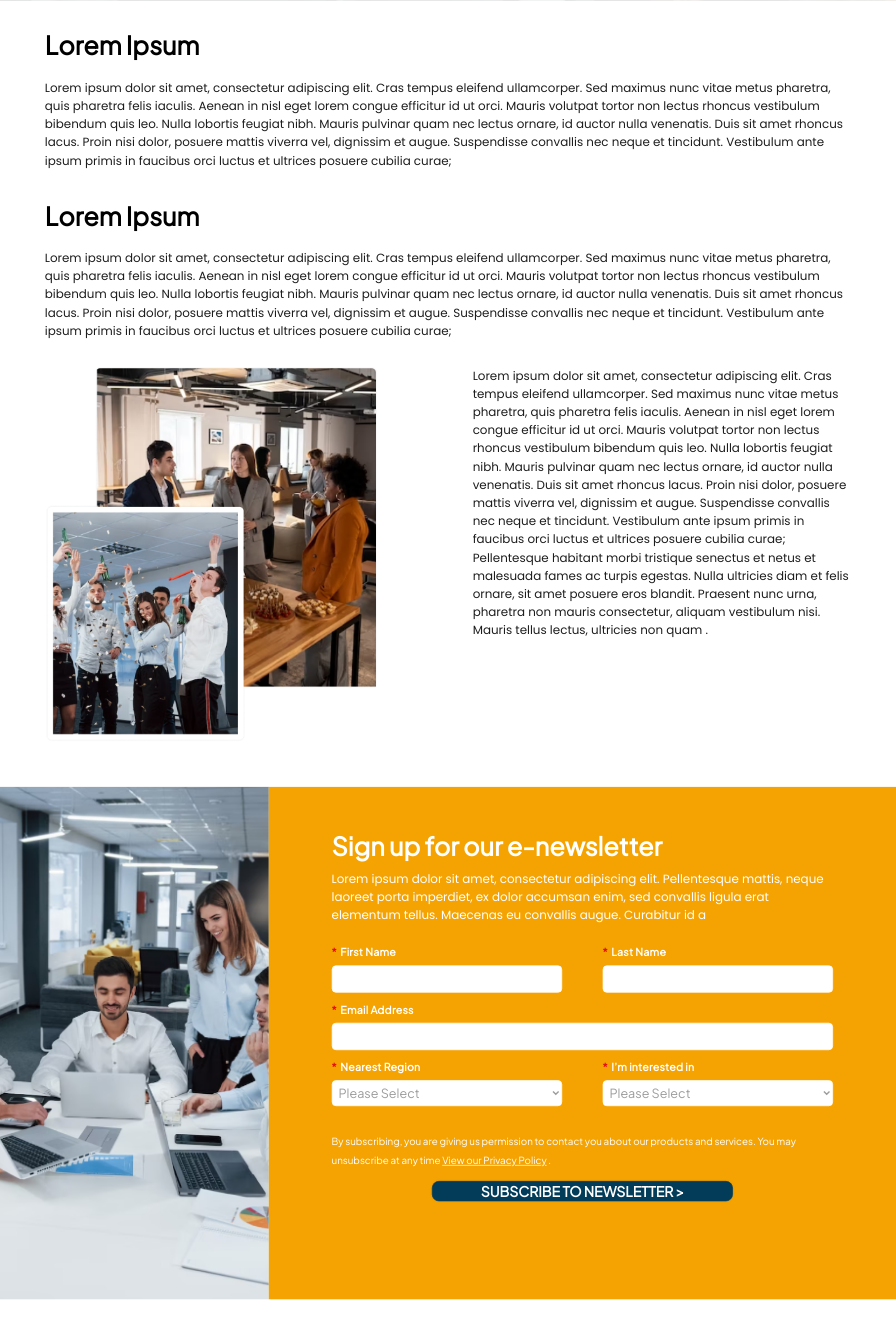
Repository: Akash8377/Hospitality-website
Page: /about-us
These files come from the project's save history. The page is drawn as it stood at one moment and after the next save; the edit follows.
The browser window is 1280 px wide. The pictures show the part of the page from y = 683 to 2603 px (the page is 2603 px tall), at 70% of full size.
Some web libraries are served in a nearby version. The project was rebuilt for these pictures with package versions that can differ from the ones it lists, and the page was loaded fresh each time. Also part of the build but not shown: src/Component/Partial/heading-cont.js, src/Component/Shared/about-us.js, src/Component/Shared/Banner.js, src/Component/Shared/popular-jobs.js, src/Component/Sliders/ServiceSlider.js, src/Component/Sliders/ReviewSlider.js, src/Component/Partial/index-banner.js, src/Component/Partial/index-buisness-banner.js and 2 more.

Above is the page before, as saved 2023-07-07 12:19:10.

After the next save:
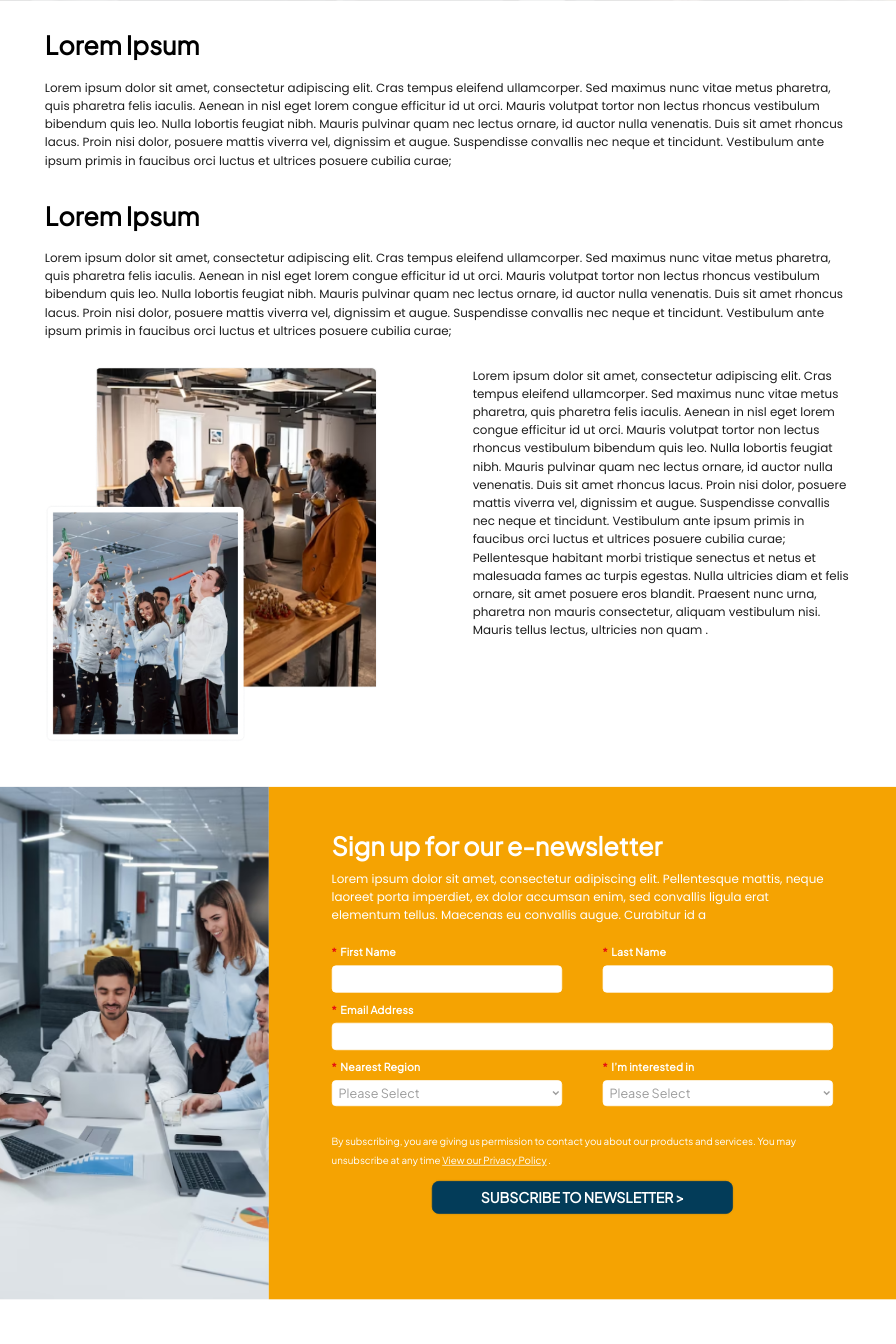
Saved 4 s later.
--- a/src/Css/Lap.css
+++ b/src/Css/Lap.css
@@ -915,4 +915,5 @@ font-size: 20px;
 font-style: normal;
 font-weight: 700;
 line-height: normal;
-}
+padding: 10px;
+}
